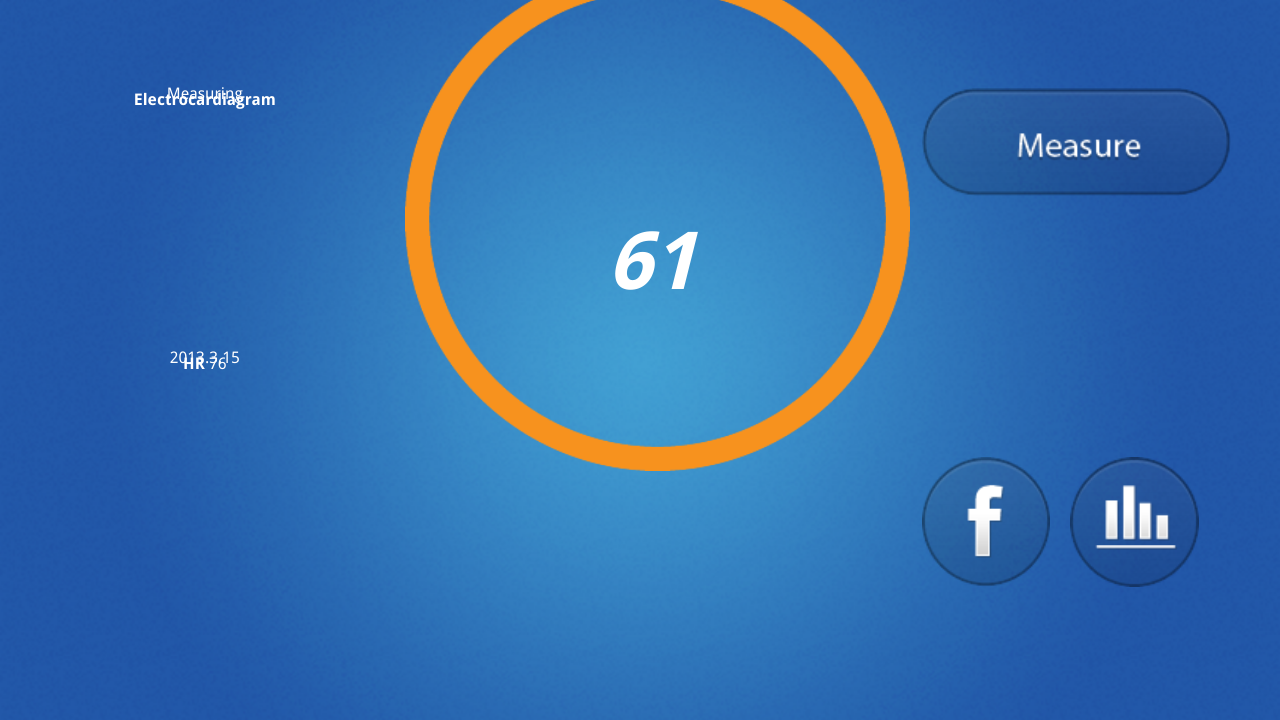
Repository: chouwill79131/IEcontest
Page: BluetoothChat/assets/complete.html
The author's editor kept a copy of each file at every save. The page is drawn from the files as they stood at one save, then again after the next save.
The browser window is 1280 px wide. The pictures show the whole page.

Above is the page before, as saved 2013-03-08 18:20:12.
Console error: TypeError: Cannot set properties of null (setting 'innerHTML')

### BluetoothChat/assets/complete.html
<html>
  <head>
    <meta http-equiv="Content-Type" content="text/html; charset=utf-8"/>
    <link href="complete.css" rel="stylesheet"/>
    <script src="jquery.js"></script>
    <script src="highcharts.js"></script>
    <script src="delay.js"></script>
    <script src="main.js"></script>
  </head>
  <body>
    <div id="main" >
    	<div class="left">
			<div class="text">
				<div class="word">Electrocardiagram</div><br />
				<div class="subword">Measuring</div><br />

				<div class="hr">HR <span id="hr">76</span></div><br />
				<div class="date">2013.3.15</div>
			</div>

		</div>

		<div class="mid">
			<div class="score">61</div>
			<img class="circle" src="button/circle.png" />
		</div>

		<div class="right">
			<button class="measure"><img src="button/Measure.png" /></button><br />
			<button class="share" ><img src="button/Share.png" /></button>
			<button class="record"><img src="button/Record.png" /></button>
		</div>




	</div>
  </body>
</html>

### BluetoothChat/assets/complete.css
@font-face {
    font-family: droidsans;
    src: url(fonts/droidsans.ttf);
}

@font-face {
    font-family: DroidSans-Bold;
    src: url(fonts/DroidSans-Bold.ttf);
}

body { margin:0; padding:0;}
#main { width: auto; height: 100%; background-image: url(button/background.png); background-size: 100% 100%; }
.left, .mid, .right {float: left; height: 100%; }


.left {  width: 28%; padding-left:2%;}
.text, .hr , .date{ text-align: center; color:white;}
.word { margin-top: 25%;  font-family: DroidSans-Bold ; }
.subword, .date { margin-top:-12%; font-family: droidsans ;}
.hr {  margin-top: 65%;  font-family: DroidSans-Bold ;}
.date { font-family: droidsans ;}
#hr { font-family: droidsans ;}

.mid { width: 41%; }
.circle { width: auto; height:70%; margin-left: 4%; }
.score { color:white ; z-index: 1; text-align:center; margin-top:41% ; margin-left:2% ;font-family: DroidSans-Bold;font-style: italic; ;font-size: 60pt;}
.circle { margin-left:4% ; margin-top: -65%; z-index: 2; }

.right { width: 29%; }
.right button { float: left; border: none; background: transparent; }
.measure img {margin-top: 10%; width: auto;  height:15%; }
.share img, .record img { width: auto;  height:18%; }
.measure { margin-left: 2%; margin-top: 15%; }
.share, .record { background: red;margin-top: 70%; margin-left: 2%; }


<!--
border? font? .record_top
-->

### BluetoothChat/assets/delay.js

$(function(){
setTimeout(function(){
$.getScript("dy_chart.js");
},200)
})

### BluetoothChat/assets/main.js
var chart;
var step = 0.01;	//step0.008每秒125點	//0.005極限
var xstart = step;
var hr = "--";
var score = "--";
var index;
$(document).ready(function ready() {

    var s = "";
    var theDate = new Date();
    s += theDate.getYear()+1900 + ".";                //  年
    s += (theDate.getMonth() + 1) + ".";				// 月
    s += theDate.getDate(); 							// 日
    document.getElementById("date").innerHTML = s;
    index = document.getElementById("main").innerHTML; //保留首頁

    $(".measure").live("click", function() {
      measure();
    }); //click .measure


}); //(document).ready

function shared(){
	view1 = document.getElementById("rhythm").innerHTML;
	document.getElementById("rhythm").innerHTML = view1+'<img class="stop" src="button/complete.png" style="width:100%; margin-top: -50% ;z-index:5;position: relative;" />';
	$("#main").live("click", function() {
      document.getElementById("rhythm").innerHTML = view1;
    });
}

function complete(hr1,score1){
  hr = hr1;
  score = score1;
  view = document.getElementById("dy_chart").innerHTML;
  document.getElementById("dy_chart").innerHTML = view+'<img class="stop" src="button/Completed.png" style="width:50%; margin: -20% 0% 0% 25%; z-index:2;position: relative;" />';
  $(".stop").html('<img src="button/Continue.png" />');
}

function addSomething(a) {
  for (var i in a){
    chart.series[0].addPoint([xstart,a[i]],false,true);
    xstart += step;
  }
  chart.redraw();
}

function history(history){
	view2 = document.getElementById("main").innerHTML;
    $("#main").html(
    '<div class="main1">'+
	'<div class="contain">'+
	'<div id="dy_chart" style="z-index:1;position: relative;"></div>'+
	'</div>'+
	'<div id="foot">'+
	'<button class="stop">'+
	'<img src="button/Back.png" />'+
	'</button>'+
	'</div>'+
    '</div>'
    );

    Highcharts.setOptions({
      global: {
	useUTC: true
      }
    });

    hischart = new Highcharts.Chart({
      chart: {
		renderTo: 'dy_chart',
		backgroundColor: 'transparent',
		type: 'line',
      },
      title: {
		style:{ color: '#FFFFFF'},
		text: 'Measure history',
      },
      credits: {			// highchart.com
		enabled:false
      },
      legend: {  			// 線的標示
        enabled: false
      },
      xAxis: {
      	type: 'datetime',
		dateTimeLabelFormats: { // don't display the dummy year
	  		month: '%e. %b',
	  		year: '%b'
		},
		lineColor: '#FFFFFF',
		labels: {
	  		style: {
				color: '#FFFFFF',
			}
		}
	  },
	  yAxis: {
	    title: {text: 'Feeling',
	    			style: {
						color: '#FFFFFF',
					}
				},
	  	gridLineColor: '#FFFFFF',
	  	labels: {
	  		style: {
				color: '#FFFFFF',
			}
		}
	  },
	  plotOptions: {
                line: {
                    dataLabels: {
                        enabled: true,
                        color: '#FFFFFF',
                    },
                    enableMouseTracking: true,
                }
      },
	series: [{
	  name: 'measure history',
	  color: '#FFFFFF',
	  data: history
	}],
    });

    $(".stop").live("click", function(){
 //     hr = "--";
      $(".main1").html(view2);
 //     document.getElementById("hr").innerHTML = hr;
    });
};// .record click

function measure(){
	xstart = 0.01;
	$("#main").html('<div class="main1">'+
		'<div class="contain">'+
		'<div id="dy_chart" style="z-index:1;position: relative;"></div>'+
		'</div>'+
		'<div id="foot">'+
		'<button class="stop" onclick="window.MyHandler.disconnect()">'+
		'<img src="button/Stop.png" />'+
		'</button>'+
		'</div>'+
      	'</div>');
    Highcharts.setOptions({
      global: {useUTC: true }
    });
    chart = new Highcharts.Chart({
      chart: {
		renderTo: 'dy_chart',
		backgroundColor: 'transparent',
		type: 'spline',
		marginRight: 10,
      },
      credits: {enabled:false},
      title: {
		style:{ color: '#FFFFFF'},
		text: 'Electrondiagram',
      },
      xAxis: {
		type: 'x Axis',
		style:{ color: '#FFFFFF'},
		tickPixelInterval: 100,
		lineColor: '#FFFFFF',
		labels: {style: {color: '#FFFFFF'}},
      },
      yAxis: {
      	title: {
      		text: 'Score',
      		style: {color: '#FFFFFF'}},
	  		gridLineColor: '#FFFFFF',
	  		labels: {style: {color: '#FFFFFF'}},
			//max:1500,
			//min:0,
			title: {
	  			style:{ color: '#FFFFFF'},
	  			text: 'PPG'
	  		},
			plotLines: [{value: 0,width: 1}]
      	},
      	legend: {enabled: false},
      	exporting: {enabled: false},
      	plotOptions: {
			spline: {
	  			lineWidth: 1,
	  			states: {
	    			hover: {
	      				enabled: false,
	      				lineWidth: 2
	    			}
	  			},
	  		marker: {
	    		enabled: false,
	    		states: {
	      			hover: {
						enabled: false,
	      			}
	    		}
	  		},
		}
      }, // yAxis
      series: [{
		name: 'Data',
		color: '#FFFFFF',
		data: (function() {
	  		var data = [];
	  		var step = 0.01;	//step0.008每秒125點	//0.005極限
			var xstart = step;
	  		for (var i = -4; i <= xstart; i+=step){data.push({x: i,y: 0 });}
	  		return data;
		})()
		}]
    }); //Highcharts

    hr = '--';
    score = '--';
    $(".stop").live("click",function() {
      $(".main1").html(index);
      document.getElementById("hr").innerHTML = hr;
      document.getElementById("rhythm").innerHTML = '<div id="score">'+score+'</div><img class="circle" src="button/circle.png" />';
    }); //click .stop
}

### BluetoothChat/assets/dy_chart.js
var chart;
var step = 0.01;	//step0.008每秒125點	//0.005極限
var xstart = step;
//a = Math.random();
var hr = 15;
var score = 80;
function complete(hr1,score1){
	hr = hr1;
	score = score1;
	view = document.getElementById("dy_chart").innerHTML;
	document.getElementById("dy_chart").innerHTML = view+'<img class="stop" src="button/60.png" style="width:50%; margin: -20% 0% 0% 25%; z-index:2;position: relative;" /><br />'+hr+',<br />'+score;
}

function addSomething(a) {
//	setInterval(function() {        			 // for testing feq
	for (var i in a){
		chart.series[0].addPoint([xstart,a[i]],false,true);
		xstart += step;
	}

	/**
	chart.series[0].addPoint([xstart,a],false,true);
	xstart += step;
	**/

	chart.redraw();
//	}, 1000);									// for testing feq
}



$(function () {
	$(".stop").click(function() {
	$(".main1").html('  <div id="main" >'+
    	'<div class="left">'+
			'<div class="text">'+
				'<div class="word">Electrocardiagram</div><br />'+
				'<div class="subword">Measuring</div><br />'+
				'<div class="hr">HR <span id="hr"></span></div>'+
				'<div id="date"></div>'+
			'</div>'+
		'</div>'+
		'<div class="mid" id="mid">'+
			'<div class="score">84</div>'+
			'<img class="circle" src="button/circle.png" />'+
		'</div>'+
		'<div class="right">'+
			'<button class="measure"><img src="button/Measure.png" /></button><br />'+
			'<button class="share" ><img src="button/Share.png" /></button>'+
			'<button class="record"><img src="button/Record.png" /></button>'+
		'</div>'+
	'</div>');
 // 		window.location.href = "complete.html";
	});
    $(document).ready(function() {
        Highcharts.setOptions({
            global: {
                useUTC: false
            }
        });

        chart = new Highcharts.Chart({
            chart: {
                renderTo: 'dy_chart',
                backgroundColor: 'transparent',
                type: 'spline',
                marginRight: 10,
            },
            credits: {
            enabled:false
            }
            ,
            title: {
            	style:{ color: '#FFFFFF'},
                text: 'Electrondiagram',
            },
            xAxis: {
                type: 'x Axis',
                style:{ color: '#FFFFFF'},
                tickPixelInterval: 150
            },
            yAxis: {
            	max:1500,
            	min:0,
                title: {
                	style:{ color: '#FFFFFF'},
                    text: 'Value'
                },
                plotLines: [{
                    value: 0,
                    width: 1,
                }]
            },

            legend: {
                enabled: false
            },
            exporting: {
                enabled: false
            },
	    plotOptions: {
                spline: {
                   lineWidth: 1,
                   states: {
                       hover: {
                       	enabled: false,
                        lineWidth: 2
                       }
                   },
                   marker: {
                      enabled: false,
                      states: {
                          hover: {
                             enabled: false,
                          }
                      }
                  },
               }
            },
            series: [{
                name: 'Data',
                color: '#FFFFFF',
                data: (function() {
                    // generate an array of random data
                    var data = [],
                        time = (new Date()).getTime(),i;

                    for (i = -4; i <= xstart; i+=step) {
                        data.push({
                            x: i,
                            y: 0
                        });
                    }
                    return data;
                })()
            }]
        });
    });
});

Loaded but not shown: BluetoothChat/assets/jquery.js (library); BluetoothChat/assets/highcharts.js (library)

After the next save:
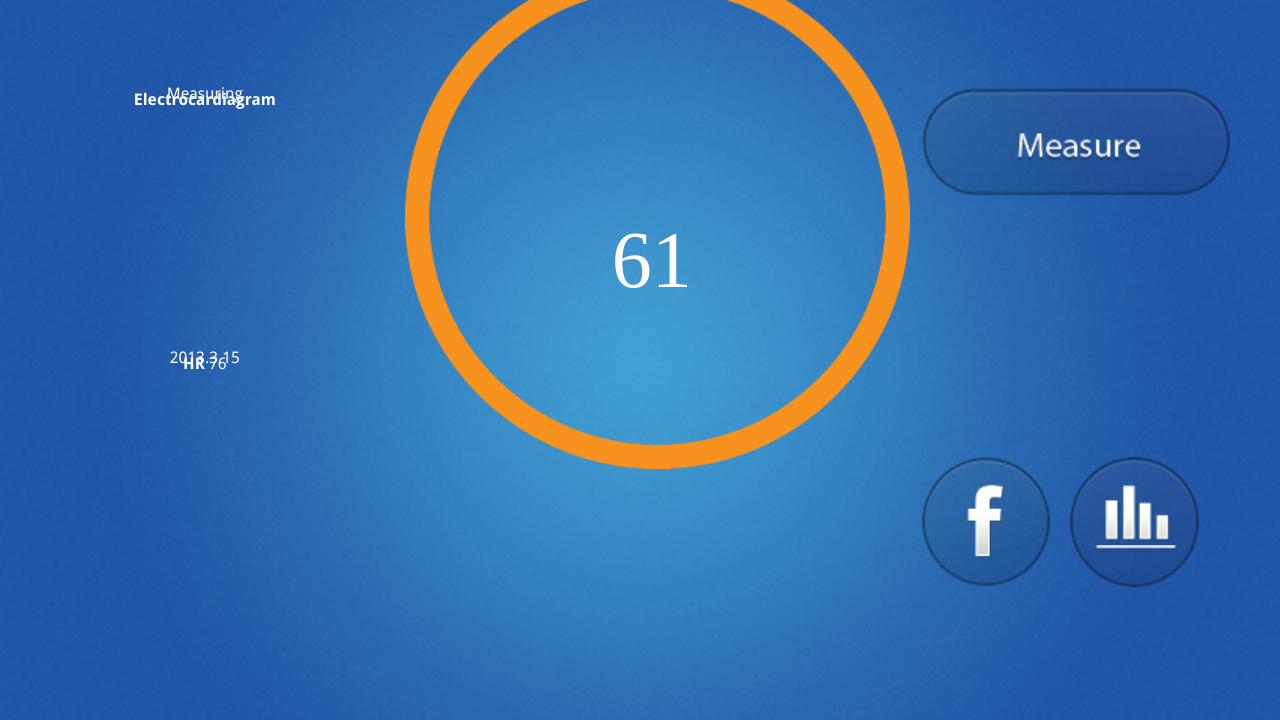
Saved 3 min 24 s later.
--- a/BluetoothChat/assets/complete.css
+++ b/BluetoothChat/assets/complete.css
@@ -23,7 +23,7 @@ body { margin:0; padding:0;}
 
 .mid { width: 41%; }
 .circle { width: auto; height:70%; margin-left: 4%; }
-.score { color:white ; z-index: 1; text-align:center; margin-top:41% ; margin-left:2% ;font-family: DroidSans-Bold;font-style: italic; ;font-size: 60pt;}
+.score { color:white ; z-index: 1; text-align:center; margin-top:41% ; margin-left:2% ;font-family: DroidSans-Italic ;font-size: 60pt;}
 .circle { margin-left:4% ; margin-top: -65%; z-index: 2; }
 
 .right { width: 29%; }
